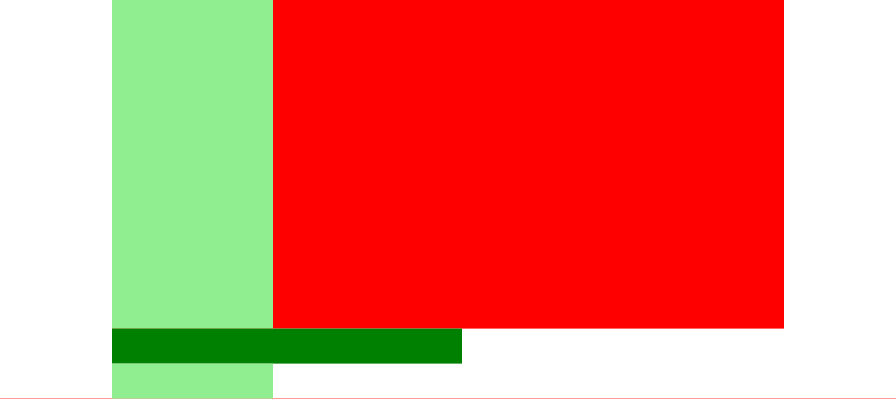
Repository: pureforest/html
Page: chapter4/chapter4.html
The author's editor kept a record of every edit. The page is drawn from the files as they stood at one moment, then again after the next edit.
The browser window is 1280 px wide. The pictures show the part of the page from y = 1488 to 3408 px (the page is 2058 px tall before and 3408 px after), at 70% of full size.

Above is the page before.

### chapter4/chapter4.html
<!DOCTYPE html1>
<html lang="ja">
  <head>

    <meta charest="UTF-8"/>
    <link rel="stylesheet" href="chapter4style.css"/>
    <title>chapter4</title>
    </head>

    <div class="header"></div>

    <div class="main-visual"></div>

    <div class="main">
      <div class="left"></div>
      <div class="central"></div>
      <div class="right"></div>
    </div>

### chapter4/chapter4style.css
.header{
 width: 100%;
 height: 50px;
 background-color: red;
}

.main-visual{
  width: 100%;
 height: 500px;
 background-color: yellow;
}

.main{
  width: 960px;
 height: 1400px;
 background-color: red;
 justify-content: center;
 margin: 0 auto;
}

.left{
  width: 230px;
 height: 1400px;
 background-color: lightgreen;
}

.central{
  width: 500px;
 height: 50px;
 background-color: green;
}

.right{
  width: 230px;
 height: 50px;
 background-color: lightgreen;
}

After the next edit:
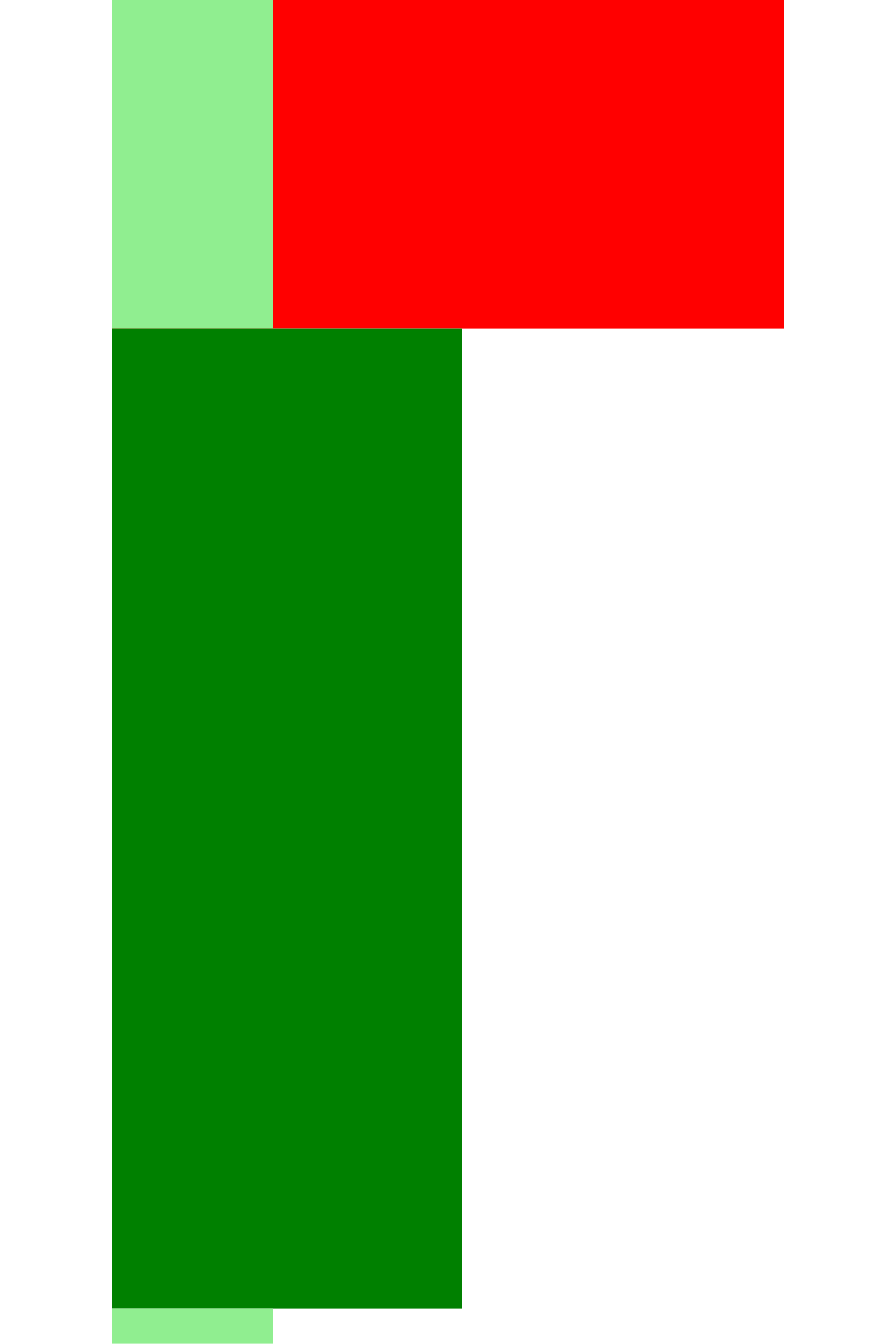
The edit:
--- a/chapter4/chapter4style.css
+++ b/chapter4/chapter4style.css
@@ -26,7 +26,7 @@
 
 .central{
   width: 500px;
- height: 50px;
+ height: 1400px;
  background-color: green;
 }
 
